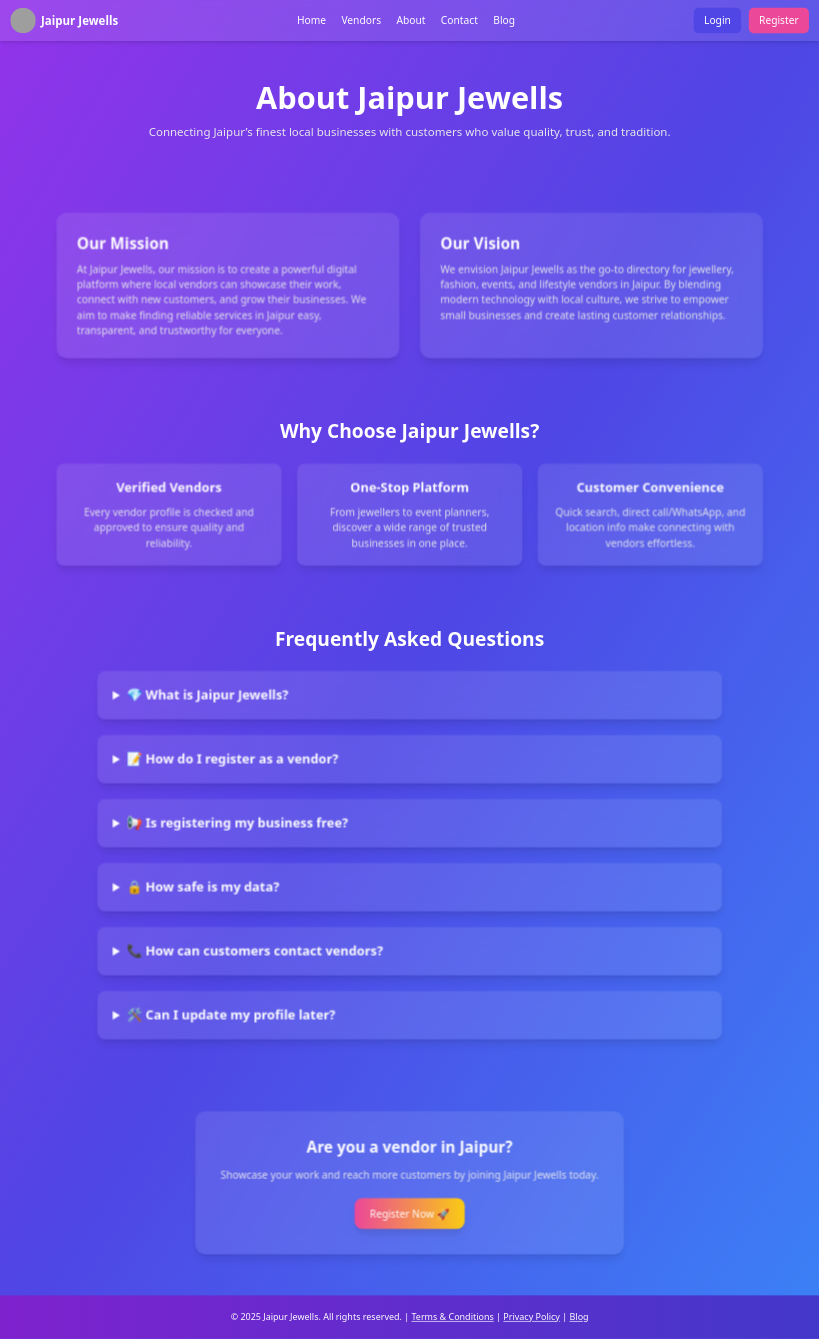
Repository: aayushtailor/VendorConnect
Page: about.html
The author's editor kept a copy of each file at every save. The page is drawn from the files as they stood at one save, then again after the next save.
The browser window is 1280 px wide. The pictures show the whole page, at 64% of full size.
Pictures or frames that could not be fetched are drawn as grey boxes. Some web libraries are served in a nearby version.

Above is the page before, as saved 2025-09-20 12:25:14.

After the next save:
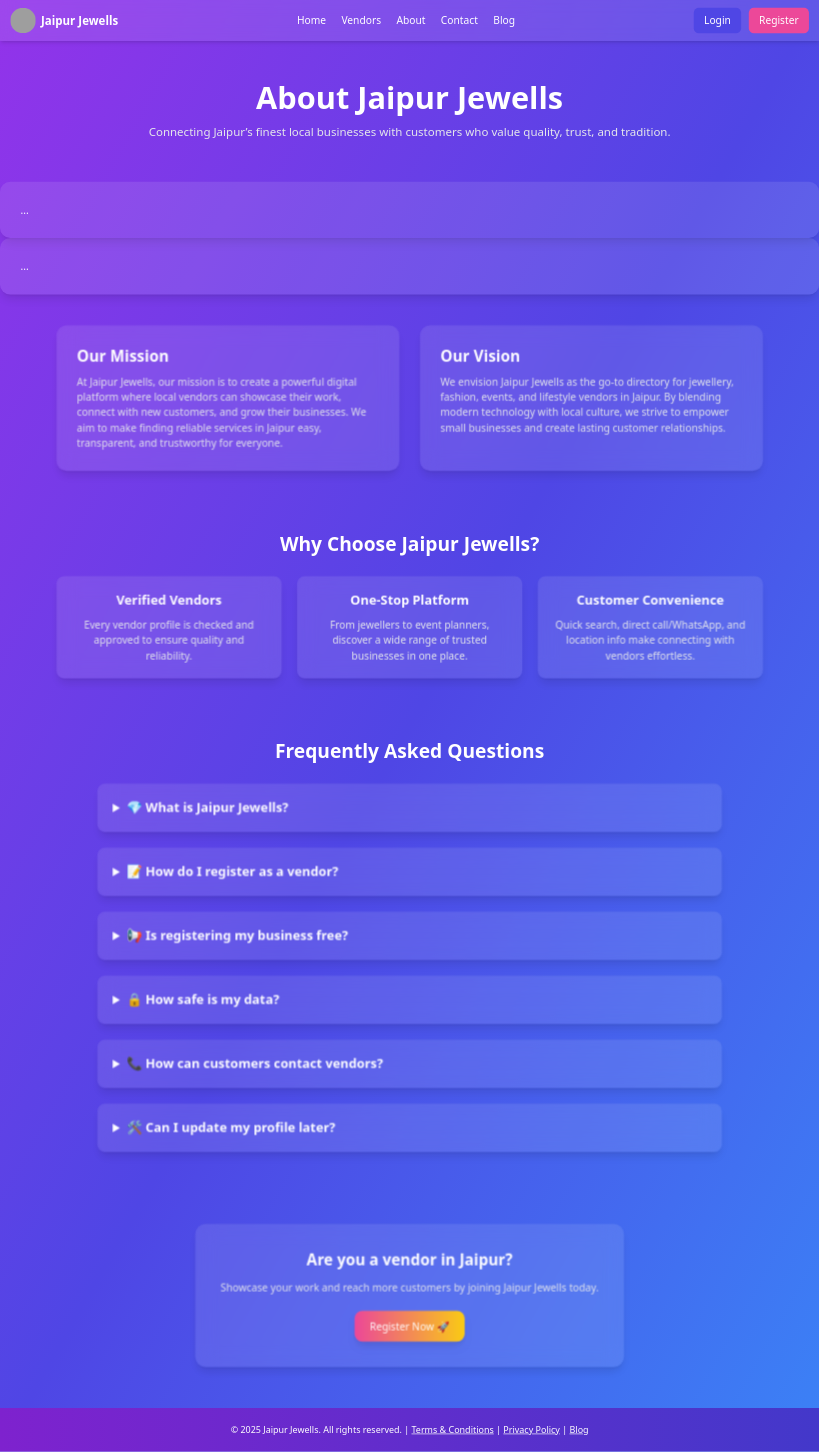
Saved 83 s later.
--- a/about.html
+++ b/about.html
@@ -68,6 +68,9 @@
   </section>
 
   <!-- Mission & Vision -->
+   <div data-aos="fade-right" class="bg-white/10 p-8 rounded-2xl shadow-lg">...</div>
+<div data-aos="fade-left" class="bg-white/10 p-8 rounded-2xl shadow-lg">...</div>
+
   <section class="max-w-6xl mx-auto px-6 py-12 grid md:grid-cols-2 gap-8">
     <div class="bg-white/10 backdrop-blur-lg rounded-2xl p-8 shadow-lg">
       <h2 class="text-2xl font-bold mb-3">Our Mission</h2>
